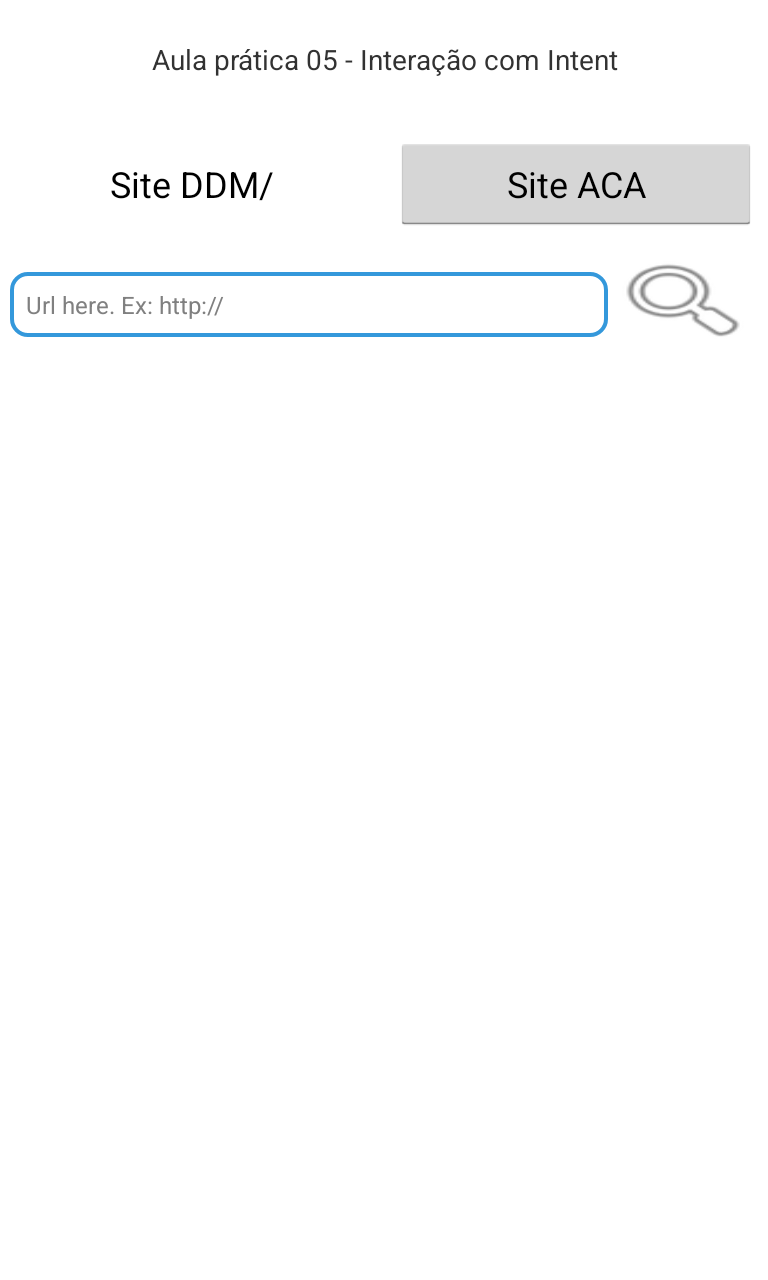
Repository: gokugohan/ddm
Layout: Aulas/res/layout/fragment_aula05.xml
These files come from the project's save history. The layout is drawn as it stood at one moment and after the next save; the edit follows.
It is drawn on a 768 x 1280 px phone screen (xhdpi) without system bars, with theme AppTheme; the app's code is not run.

Above is the layout before, as saved 2014-11-03 14:13:04.

After the next save:
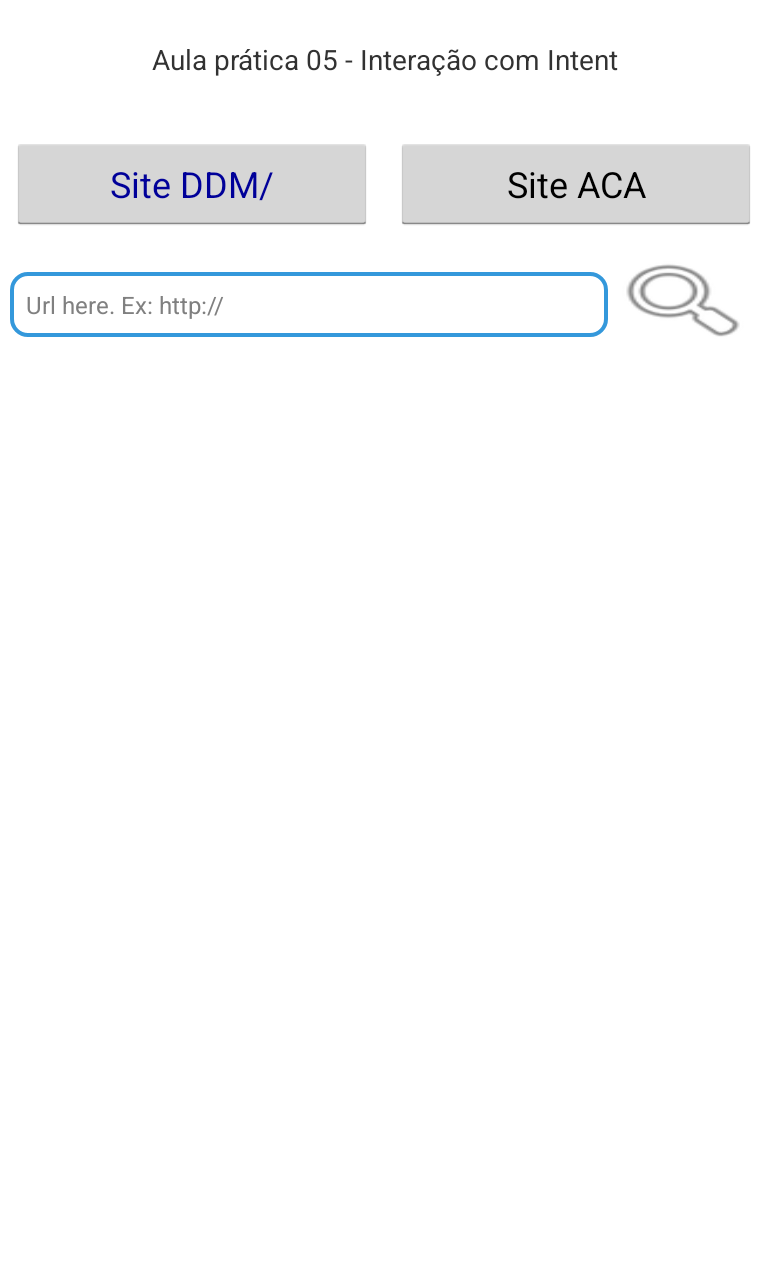
Saved 49 s later.
--- a/Aulas/res/layout/fragment_aula05.xml
+++ b/Aulas/res/layout/fragment_aula05.xml
@@ -25,7 +25,7 @@
             android:layout_height="wrap_content"
             android:layout_margin="5dp"
             android:layout_weight="1"
-            android:background="@color/seletor"
+            android:textColor="@color/seletor"
             android:text="@string/str_site1" />
 
         <Button
